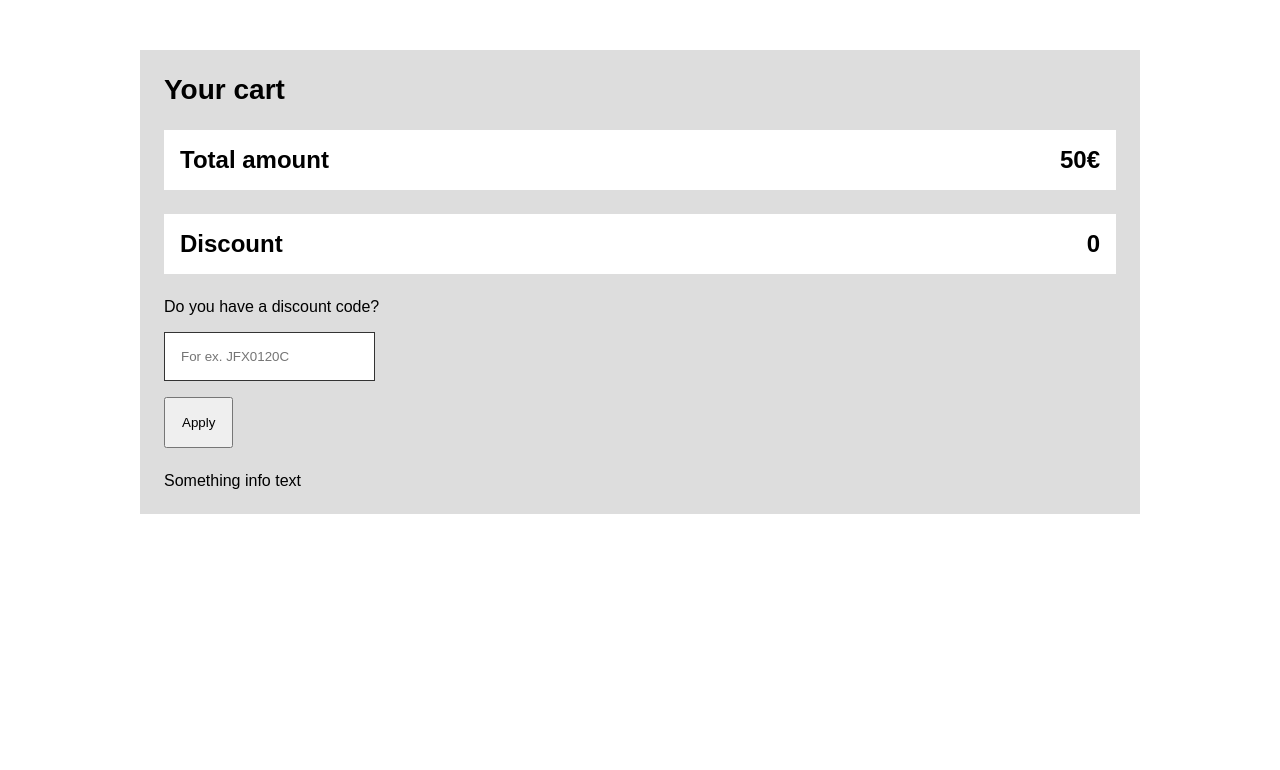
Repository: kcvijay/cart-discoutcodes
Page: /
These files come from the project's save history. The page is drawn as it stood at one moment and after the next save; the edit follows.
The browser window is 1280 px wide. The pictures show the whole page.
The project was rebuilt for these pictures with package versions that can differ from the ones it lists, and the page was loaded fresh each time. Also part of the build but not shown: src/App.css.

Above is the page before, as saved 2023-05-17 11:34:31.

### public/index.html
<!DOCTYPE html>
<html lang="en">
  <head>
    <meta charset="utf-8" />
    <link rel="icon" href="%PUBLIC_URL%/favicon.ico" />
    <meta name="viewport" content="width=device-width, initial-scale=1" />
    <meta name="theme-color" content="#000000" />
    <meta
      name="description"
      content="Discount Codes searching, fetching and enabling for the cart system."
    />
    <link rel="apple-touch-icon" href="%PUBLIC_URL%/logo192.png" />
    <link rel="manifest" href="%PUBLIC_URL%/manifest.json" />
    <title>Discount Codes for Cart</title>
  </head>
  <body>
    <noscript>You need to enable JavaScript to run this app.</noscript>
    <div id="root"></div>

  </body>
</html>

### src/index.css
* {
  margin: 0;
  padding: 0;
  box-sizing: border-box;
  scroll-behavior: smooth;
}

body {
  max-width: 100vw;
  min-height: 100vh;
  font-family: Arial, Helvetica, sans-serif;
}

.main-wrapper {
  max-width: 1000px;
  min-height: auto;
  background-color: #ddd;
  margin: 50px auto;
  padding: 1.5rem;
}

.content-header {
  font-size: 1.75rem;
  margin-bottom: 1.5rem;
}

.detail-block {
  display: flex;
  justify-content: space-between;
  padding: 1rem;
  background: #fff;
  margin-bottom: 1.5rem;
}
/****/
/****/

form {
  margin-bottom: 1.5rem;
}

form label {
  display: block;
  margin-bottom: 1rem;
}

form input {
  padding: 1rem;
  font-family: inherit;
  min-width: 200px;
  border: 1px solid #333;
}

form button {
  display: block;
  margin-top: 1rem;
  padding: 1rem;
  font-family: inherit;
}

### src/App.tsx
import React from "react";
import "./App.css";
import CartInput from "./CartInput";

function App() {
  return (
    <div className="App">
      <CartInput />
    </div>
  );
}

export default App;

### src/CartInput.tsx
import React from "react";

const CartInput = () => {
  return (
    <div className="main-wrapper">
      <h2 className="content-header">Your cart</h2>
      <div className="detail-block">
        <h2>Total amount</h2>
        <h2>{"50€"}</h2>
      </div>
      <div className="detail-block">
        <h2>Discount</h2>
        <h2>{"0"}</h2>
      </div>

      <form>
        <label htmlFor="discountCode">Do you have a discount code?</label>
        <input
          type="text"
          name="discountCode"
          id="discountCode"
          placeholder="For ex. JFX0120C"
        />
        <button>Apply</button>
      </form>
      <p className="info-text">Something info text</p>
    </div>
  );
};

export default CartInput;

Loaded but not shown: src/index.tsx (common file); src/reportWebVitals.ts (common file)

After the next save:
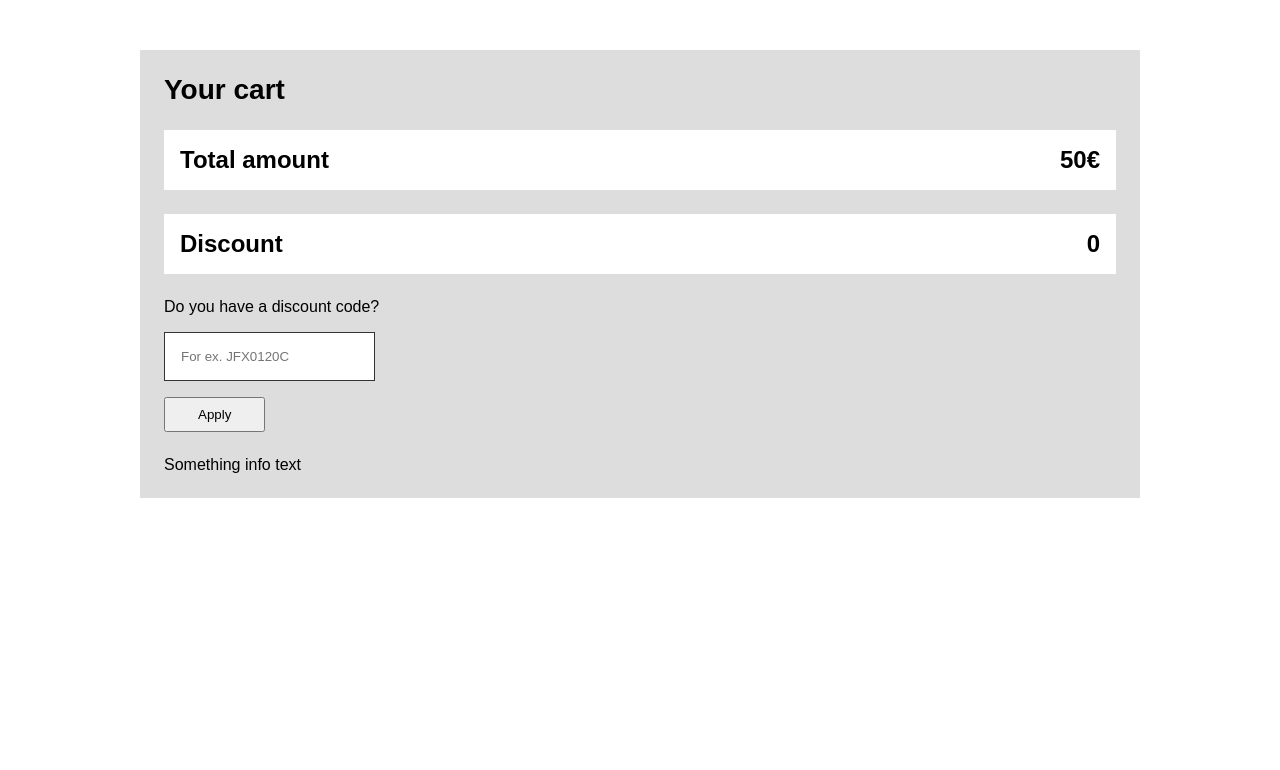
Saved 8 s later.
--- a/src/index.css
+++ b/src/index.css
@@ -53,6 +53,6 @@ form input {
 form button {
   display: block;
   margin-top: 1rem;
-  padding: 1rem;
+  padding: .5rem 2rem;
   font-family: inherit;
 }
